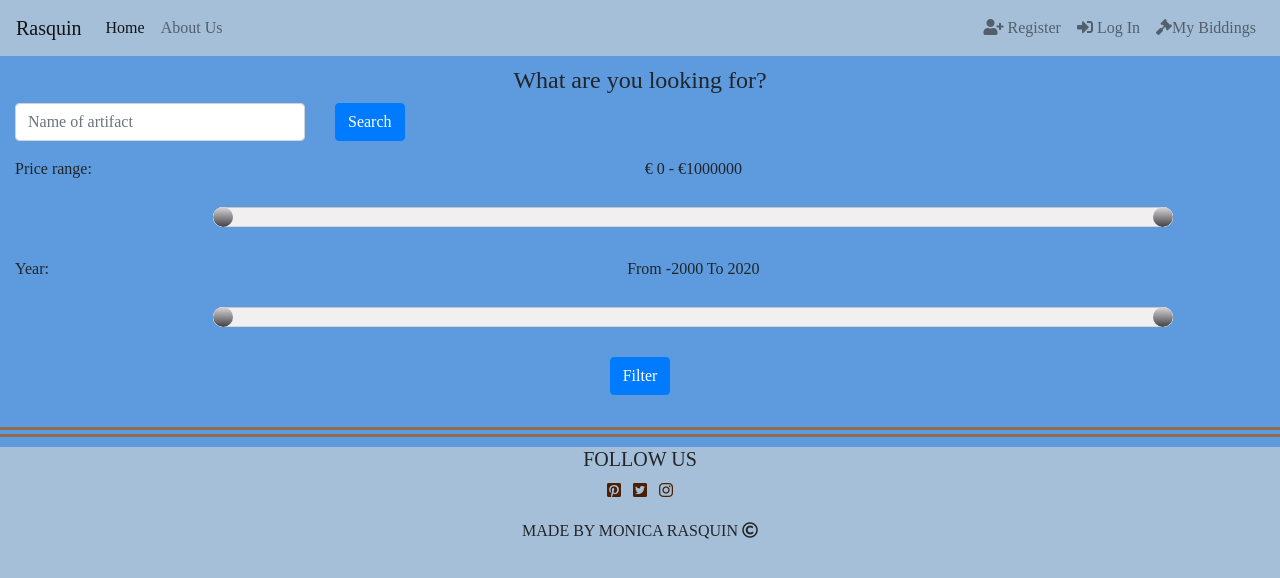
Repository: Rasquin/auction
Page: templates/base.html
The author's editor kept a record of every edit. The page is drawn from the files as they stood at one moment, then again after the next edit.
The browser window is 1280 px wide. The pictures show the whole page.
The template is drawn by Django 2.2. The application's start-up code is not run. Other server files are loaded and not shown. The template is opened directly, without the code that normally fills it, so the values that code supplies are empty.

Above is the page before.

### templates/base.html
<!DOCTYPE html>

{% load staticfiles %}

<html lang="en">

<head>
    <meta charset="UTF-8">
    <meta name="viewport" content="width=device-width, initial-scale=1.0">
    <meta http-equiv="X-UA-Compatible" content="ie=edge">

    <!-- Bootstrap compiled and minified CSS -->
    <link rel="stylesheet" href="https://stackpath.bootstrapcdn.com/bootstrap/4.3.1/css/bootstrap.min.css" integrity="sha384-ggOyR0iXCbMQv3Xipma34MD+dH/1fQ784/j6cY/iJTQUOhcWr7x9JvoRxT2MZw1T" crossorigin="anonymous">

    <!-- Font Awesome compiled and minified CSS -->
    <link rel="stylesheet" href="{% static 'font-awesome/css/all.css' %}">



    <!-- Own CSS -->
    <link rel="stylesheet" href="{% static 'css/mystyle.css' %}" type="text/css" />


    <!-- Own Scripts -->
    <script type="text/javascript" src="{% static 'js/myscript.js' %}"></script>



    {% block head_js %}
    {% endblock head_js %}

    <title>Monica's Auction</title>
</head>


<body>
    <!-- NavBar area -  Fixed masthead -->
    <nav class="navbar navbar-expand-lg navbar-light bg-light">
        <a class="navbar-brand" href="#">Rasquin</a>
        <button class="navbar-toggler" type="button" data-toggle="collapse" data-target="#navbarSupportedContent" aria-controls="navbarSupportedContent" aria-expanded="false" aria-label="Toggle navigation">
            <span class="navbar-toggler-icon"></span>
        </button>

        <div class="collapse navbar-collapse" id="navbarSupportedContent">
            <ul class="navbar-nav mr-auto">
                <li class="nav-item active">
                    <a class="nav-link" href="{% url 'index' %}">Home <span class="sr-only">(current)</span></a>
                </li>
                <li class="nav-item">
                    <a class="nav-link" href="#">About Us</a>
                </li>
            </ul>
            <ul class="navbar-nav navbar-right">
                    {% if user.is_authenticated %}
                        <li class="nav-item">
                            <a class="nav-link" href="{% url 'profile' %}"><i class="fa fa-user"></i> Profile</a>
                        </li>
                        <li class="nav-item">
                            <a class="nav-link" href="{% url 'logout' %}"><i class="fa fa-sign-out-alt"></i> Log Out</a>
                        </li>
                    {%  else %}
                        <li class="nav-item">
                            <a class="nav-link" href="{% url 'register' %}"><i class="fa fa-user-plus"></i> Register</a>
                        </li>
                        <li class="nav-item">
                            <a class="nav-link" href="{% url 'login' %}"><i class="fa fa-sign-in-alt"></i> Log In</a>
                        </li>
                    {% endif %}
                        <li class="nav-item">
                            <a class="nav-link" href="{% url 'view_my_biddings' %}">
                                <i class="fas fa-gavel"></i>My Biddings
                                {% if product_count > 0 %}
                                <label class="badge badge-warning">{{ product_count }}</label>
                                {% endif %}
                            </a>
                        </li>

                </ul>
        </div>
    </nav>

    <!-- Messages area -->
    {% if messages %}
        <div class="alert alert-success">
            <div class="messages">
                {% for message in messages %}
                    {{ message }}
                {% endfor %}
            </div>
        </div>
    {% endif %}

    <div class="container-general">
        <!-- Search area -->
        <div class="container-fluid border-bottom-double">
            <h4 class="text-center"> What are you looking for?</h4>
            <div class="row ">

                <!-- Search by name -->
                <form action="{% url 'search_by_name' %}" method="get" class="col-12">
                    {% csrf_token %}
                    <div class="form-group">
                        <div class="row">
                            <div class="col-8 col-md-6 col-lg-3">
                                <input type="text" class="form-control" id="artifact_name" name="artifact_name" required placeholder="Name of artifact">
                            </div>
                            <div class="col-1">
                                <button class="btn btn-primary" type="search">Search</button>
                            </div>
                        </div>
                    </div>
                </form>

                <!-- Filters -->
                <form action="{% url 'filters' %}" method="post" class="col-12">
                    {% csrf_token %}
                    <div class="form-group">

                        <!-- Price Filter -->
                        <div class="row">
                            <div class="col-12 col-md-2">
                                <p>
                                    <label for="amount">Price range:</label>

                                </p>
                            </div>
                            <div class="col-12 col-md-9">

                                <section class="range-slider-price range-slider">

                                    <span class="rangePriceValues rangeValues"></span>
                                    <input value="0" min="0" max="1000000" step="500" type="range" name="min_price">
                                    <input value="1000000" min="0" max="1000000" step="500" type="range" name="max_price">
                                </section>
                            </div>
                        </div>
                        <!-- Year Filter -->
                        <div class="row">
                            <div class="col-12 col-md-2">
                                <p>
                                    <label for="amount">Year:</label>

                                </p>
                            </div>
                            <div class="col-12 col-md-9">

                                <section class="range-slider-year range-slider">

                                    <span class="rangeYearValues"></span>
                                    <input value="-2000" min="-2000" max="2020" step="20" type="range" name="min_year">
                                    <input value="2020" min="-2000" max="2020" step="20" type="range" name="max_year">
                                </section>
                            </div>
                        </div>

                        <!-- Filter Button -->
                        <div class="row">
                            <div class="col-12">
                                <p class="text-center">
                                    <button class="btn btn-primary" type="search">Filter</button>
                                </p>
                            </div>
                    </div>
                    </div>
                </form>

            </div>
        </div>

        <!-- Block content area -->
        <div class="container-fluid">
            {% block content %} {% endblock %}
        </div>

    </div>

    <!-- Footer area -->
    <footer class="container-fluid">


        <!-- SOCIAL MEDIA-->
        <div class="row ">
            <div class="col-12 text-center">
                <h5 class="text-uppercase">Follow Us</h5>
                <ul class="list-inline social-links">
                    <li class="list-inline-item"><a href="#"><i class="fab fa-pinterest-square"  aria-hidden="true"></i></a></li>
                    <li class="list-inline-item"><a href="#"><i class="fab fa-twitter-square" aria-hidden="true"></i></a></li>
                    <li class="list-inline-item"><a href="#"><i class="fab fa-instagram" aria-hidden="true"></i></a></li>
                </ul>
            </div>
        </div>

        <!--COPYRIGHT-->
        <div class="row ">
            <div class="col-12">

                <p class="text-center text-uppercase">Made by Monica Rasquin <i class="far fa-copyright"></i> </p>
            </div>
        </div>
    </footer>


    <!-- Bootstrap compiled and minified JavaScript -->
    <script src="https://code.jquery.com/jquery-3.3.1.slim.min.js" integrity="sha384-q8i/X+965DzO0rT7abK41JStQIAqVgRVzpbzo5smXKp4YfRvH+8abtTE1Pi6jizo" crossorigin="anonymous"></script>
    <script src="https://cdnjs.cloudflare.com/ajax/libs/popper.js/1.14.7/umd/popper.min.js" integrity="sha384-UO2eT0CpHqdSJQ6hJty5KVphtPhzWj9WO1clHTMGa3JDZwrnQq4sF86dIHNDz0W1" crossorigin="anonymous"></script>
    <script src="https://stackpath.bootstrapcdn.com/bootstrap/4.3.1/js/bootstrap.min.js" integrity="sha384-JjSmVgyd0p3pXB1rRibZUAYoIIy6OrQ6VrjIEaFf/nJGzIxFDsf4x0xIM+B07jRM" crossorigin="anonymous"></script>

</body>
</html>

### static/js/myscript.js
//--------------------------------------Slider for Prices filter
function getPriceVals() {
    // Get slider price values
    var parent = this.parentNode;
    var slides = parent.getElementsByTagName("input");
    var slide1 = parseFloat(slides[0].value);
    var slide2 = parseFloat(slides[1].value);
    // Neither slider will clip the other, so make sure we determine which is larger
    if (slide1 > slide2) { var tmp = slide2;
        slide2 = slide1;
        slide1 = tmp; }

    var displayElement = parent.getElementsByClassName("rangePriceValues")[0];
    displayElement.innerHTML = "€ " + slide1 + " - €" + slide2;
}

//--------------------------------------Slider for Year filter
function getYearVals() {
    // Get Year slider values
    var parent = this.parentNode;
    var slides = parent.getElementsByTagName("input");
    var slide1 = parseFloat(slides[0].value);
    var slide2 = parseFloat(slides[1].value);
    // Neither slider will clip the other, so make sure we determine which is larger
    if (slide1 > slide2) { var tmp = slide2;
        slide2 = slide1;
        slide1 = tmp; }

    var displayElement = parent.getElementsByClassName("rangeYearValues")[0];
    displayElement.innerHTML = "From " + slide1 + " To " + slide2;
}

//----------------------------------------------- Initialize Sliders
window.onload = function() {
    // For Price
    var sliderSectionsPrice = document.getElementsByClassName("range-slider-price");
    for (var x = 0; x < sliderSectionsPrice.length; x++) {
        var slidersPrice = sliderSectionsPrice[x].getElementsByTagName("input");
        for (var y = 0; y < slidersPrice.length; y++) {
            if (slidersPrice[y].type === "range") {
                slidersPrice[y].oninput = getPriceVals;
                // Manually trigger event first time to display values
                slidersPrice[y].oninput();
            }
        }
    }
    // For Year
    var sliderSectionsYear = document.getElementsByClassName("range-slider-year");
    for (var x = 0; x < sliderSectionsYear.length; x++) {
        var slidersYear = sliderSectionsYear[x].getElementsByTagName("input");
        for (var y = 0; y < slidersYear.length; y++) {
            if (slidersYear[y].type === "range") {
                slidersYear[y].oninput = getYearVals;
                // Manually trigger event first time to display values
                slidersYear[y].oninput();
            }
        }
    }
}

Loaded but not shown: static/font-awesome/css/all.css (library); static/css/mystyle.css (common file)

After the next edit:
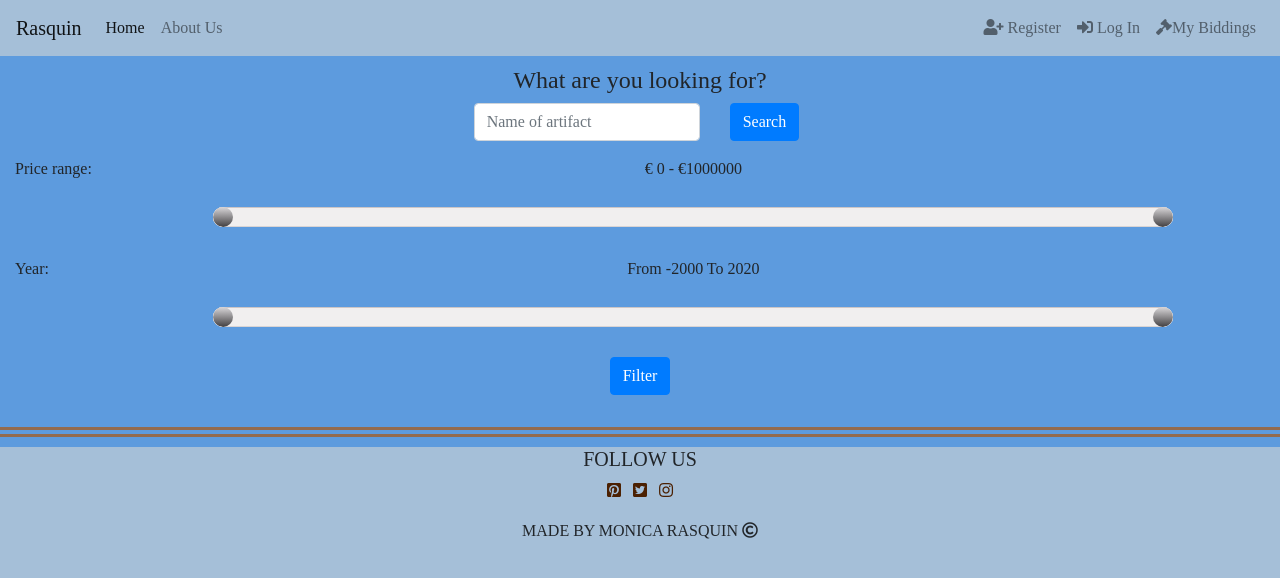
The edit:
--- a/templates/base.html
+++ b/templates/base.html
@@ -100,8 +100,8 @@
                 <form action="{% url 'search_by_name' %}" method="get" class="col-12">
                     {% csrf_token %}
                     <div class="form-group">
-                        <div class="row">
-                            <div class="col-8 col-md-6 col-lg-3">
+                        <div class="row justify-content-md-center">
+                            <div class="col-md-auto">
                                 <input type="text" class="form-control" id="artifact_name" name="artifact_name" required placeholder="Name of artifact">
                             </div>
                             <div class="col-1">
